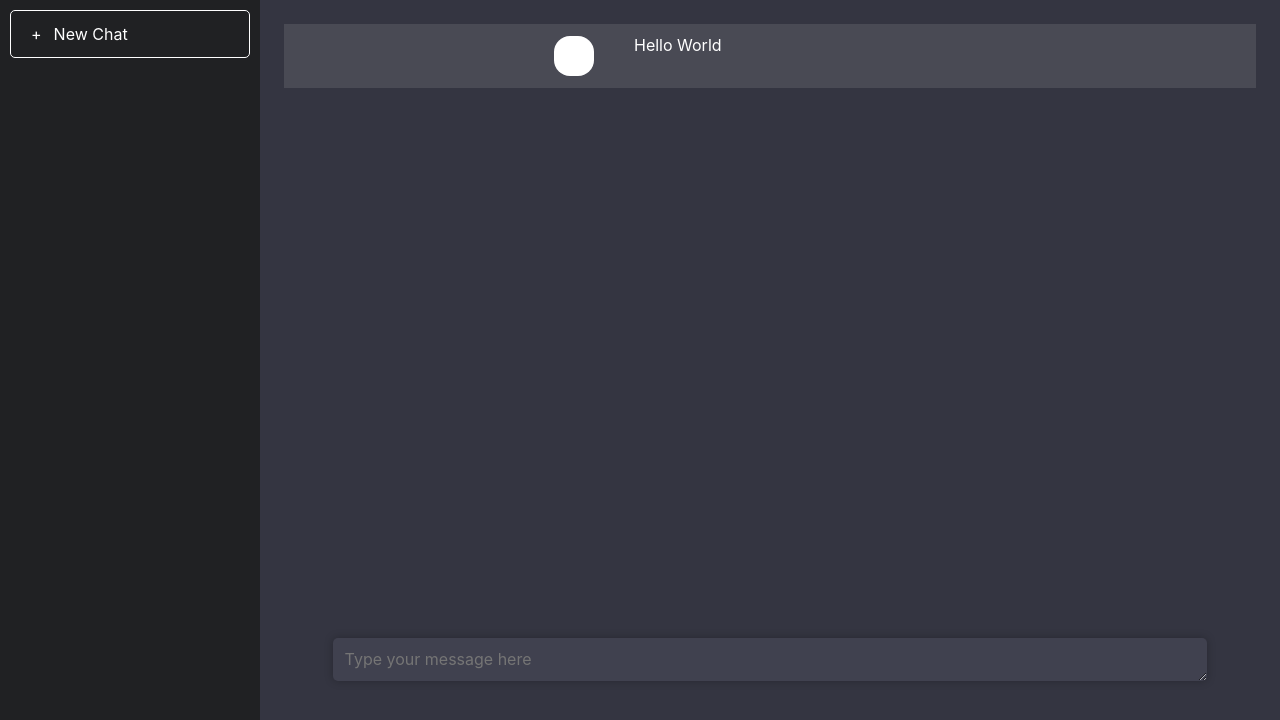
Repository: lancenigel/ChatGPT-Clone
Page: / (app in client/)
These files come from the project's save history. The page is drawn as it stood at one moment and after the next save; the edit follows.
The browser window is 1280 px wide. The pictures show the whole page.
The project was rebuilt for these pictures with package versions that can differ from the ones it lists, and the page was loaded fresh each time.

Above is the page before, as saved 2024-02-04 00:46:04.

### client/src/App.js
import logo from "./logo.svg";
import "./App.css";
import "./normalize.css";

function App() {
  return (
    <div className="App">
      <aside className="sidemenu">
        <div className="sidemenu-button">
          <span className="sidemenu-button-span">+</span>
          New Chat
        </div>
      </aside>
      <section className="chatbox">
        <div className="chat-log">
          <div className="chat-message">
            <div className="chat-message-center">
              <div className="avatar"></div>
              <div className="message">Hello World</div>
            </div>
          </div>
        </div>

        <div className="chat-input-holder">
          <textarea
            rows="1"
            className="chat-input-textarea"
            placeholder="Type your message here"
          ></textarea>
        </div>
      </section>
    </div>
  );
}

export default App;

### client/src/App.css
.App {
  text-align: center;
  display: flex;
  background-color: #282c34;
  color: white;
  position: absolute;
  top:0;bottom:0;right:0;left:0;
}

.chatbox {
  flex: 1;
  background-color: #343541;
  position:relative;
}

.chat-log{
  padding: 24px;
  text-align: left;
}

.chat-message{
  background-color: rgb(255, 255, 255, 0.1);
}

.chat-message-center{
  max-width:480px;
  margin-left:auto;
  margin-right:auto;
  padding: 12px;
  display: flex;
  padding-left: 24px;
  padding-right: 24px;
}

.avatar{
  background: white;
  border-radius: 40%;
  width: 40px;
  height: 40px;
}

.message{
  padding-left: 40px;
  padding-right: 40px;

}


.chat-input-holder {
  padding: 24px;
  position: absolute;
  bottom:0;
  left:0; right:0;
}

.chat-input-textarea{
  background-color: #40414f;
  width: 90%;
  border-radius: 5px;
  padding: 12px;
  color:white;
  border: none;
  margin: 12px;
  outline: none;
  box-shadow: 0 0px 8px 0 rgb(0,0,0, 0.25);
}

.sidemenu {
  width: 260px;
  padding: 10px;
  background-color: #202123;
}

.sidemenu-button {
  border: 1px solid white;
  padding: 14px;
  border-radius: 5px;
  text-align: left;
  transition: ease 0.2s all;
}

.sidemenu-button:hover {
  background-color: rgb(255, 255, 255, 0.1);
}

.sidemenu-button-span{
  padding-left: 6px;
  padding-right: 12px;
}

.App-logo {
  height: 40vmin;
  pointer-events: none;
}

@media (prefers-reduced-motion: no-preference) {
  .App-logo {
    animation: App-logo-spin infinite 20s linear;
  }
}

.App-header {
  background-color: #282c34;
  min-height: 100vh;
  display: flex;
  flex-direction: column;
  align-items: center;
  justify-content: center;
  font-size: calc(10px + 2vmin);
  color: white;
}

.App-link {
  color: #61dafb;
}


@keyframes App-logo-spin {
  from {
    transform: rotate(0deg);
  }
  to {
    transform: rotate(360deg);
  }
}

Loaded but not shown: client/public/index.html (common file); client/src/index.js (common file); client/src/index.css (common file); client/src/reportWebVitals.js (common file); client/src/normalize.css (library)

After the next save:
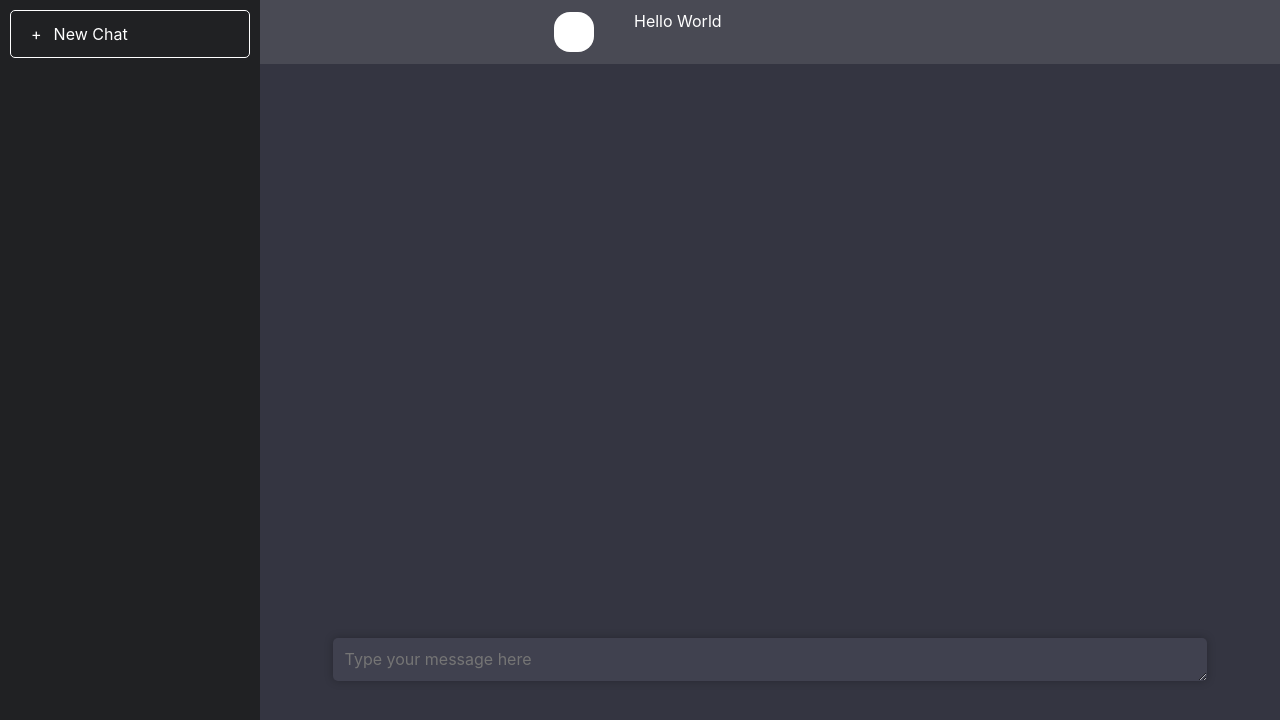
Saved 9 s later.
--- a/client/src/App.css
+++ b/client/src/App.css
@@ -14,7 +14,6 @@
 }
 
 .chat-log{
-  padding: 24px;
   text-align: left;
 }
 
